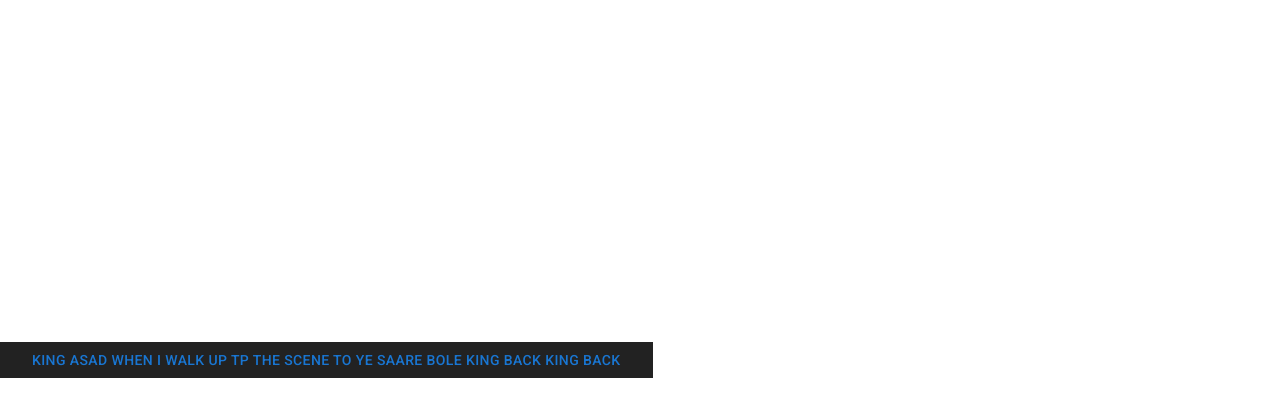
Repository: Asad-devv/CURRENCY
Page: /
An editor plug-in stored every save of this project. The page is shown before and after a run of saves, followed by the edit.
The browser window is 1280 px wide. The pictures show the whole page.
The project was rebuilt for these pictures with package versions that can differ from the ones it lists, and the page was loaded fresh each time. Also part of the build but not shown: craco.config.js.

Above is the page before, as saved 2023-03-01 19:59:38.

### src/main.jsx
import React from 'react'
import ReactDOM from 'react-dom/client'
import App from './App'
import './index.css'
import '@fontsource/roboto/300.css';
import '@fontsource/roboto/400.css';
import '@fontsource/roboto/500.css';
import '@fontsource/roboto/700.css';


ReactDOM.createRoot(document.getElementById('root')).render(
  <React.StrictMode>
    <App />
  </React.StrictMode>,
)

### src/App.jsx
import { Button,Container } from '@mui/material'
import { useState } from 'react'
import reactLogo from './assets/react.svg'
// import './App.css'

function App() {
  const [count, setCount] = useState(0)

  return (
    <Container maxWidth="md" sx={{background : "#222"}}>
      <Button>KING ASAD when i walk up tp the scene to ye saare bole king back king back</Button>
    </Container>
  )
}

export default App

Loaded but not shown: index.html (common file); src/index.css (common file)

After the next 2 saves:
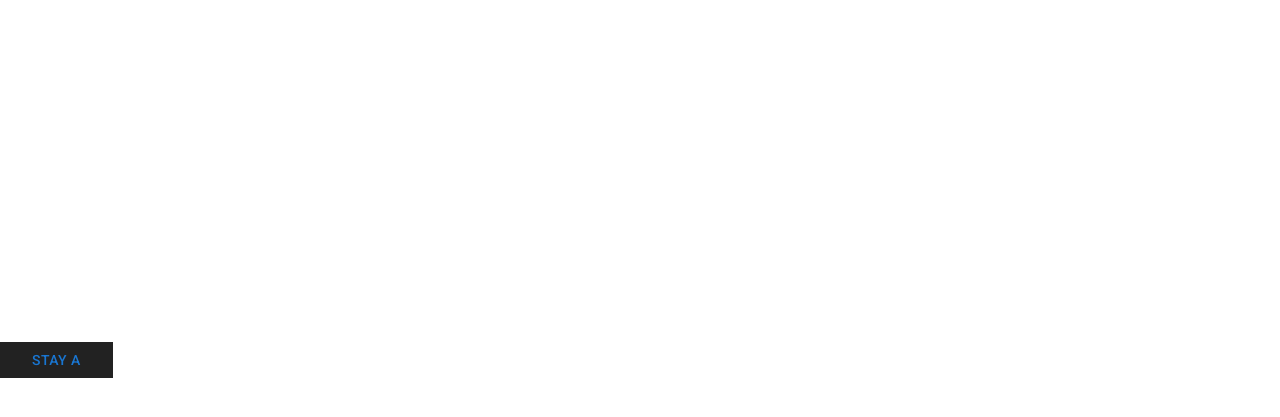
The 2 saves are shown as one change because they came seconds apart.
The last was saved 14 s later.
--- a/src/App.jsx
+++ b/src/App.jsx
@@ -8,7 +8,7 @@ function App() {
 
   return (
     <Container maxWidth="md" sx={{background : "#222"}}>
-      <Button>KING ASAD when i walk up tp the scene to ye saare bole king back king back</Button>
+      <Button>Stay A</Button>
     </Container>
   )
 }
